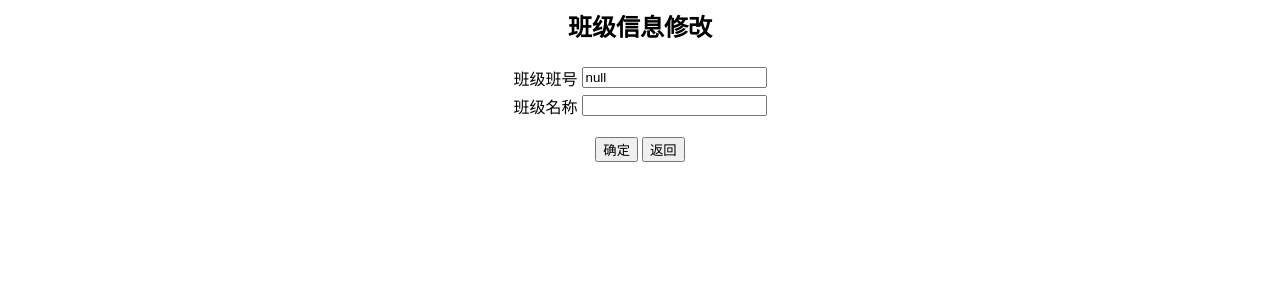
Repository: xzf-github/workspace
Page: http://localhost/sy4/classMan.jsp
The author's editor kept a copy of each file at every save. The page is drawn from the files as they stood at one save, then again after the next save.
The browser window is 1280 px wide. The pictures show the whole page.
The page is served by Tomcat 9.

Above is the page before, as saved 2023-12-27 09:37:25.

After the next save:
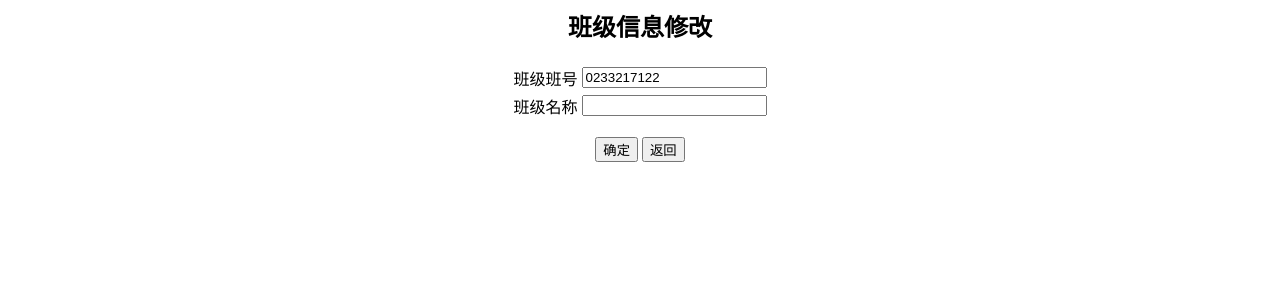
Saved 48 min 19 s later.
--- a/JavaServerPage/sy4/WebRoot/classMan.jsp
+++ b/JavaServerPage/sy4/WebRoot/classMan.jsp
@@ -37,7 +37,7 @@ function check(theForm)
             <tr>
                 <td>班级班号</td>
                 <td>
-                    <input type="text" name="bjbh" readonly  unselectable="on" value=<%=bjbh%>>
+                    <input type="text" name="bjbh" readonly  unselectable="on" value=0233217122>
                 </td>
             </tr>
              <tr>
